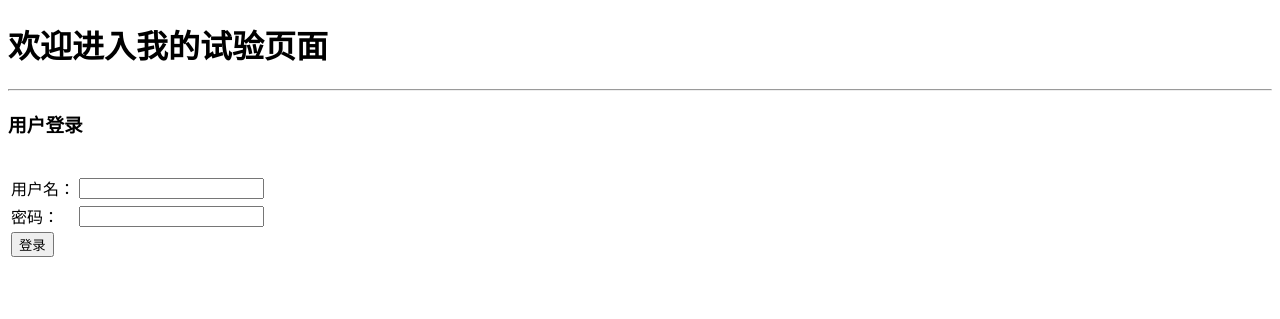
Repository: winxblast/myJavaLearn
Page: http://localhost/CookieDemo1/login.jsp
An editor plug-in stored every save of this project. The page is shown before and after the next save, followed by the edit.
The browser window is 1280 px wide. The pictures show the whole page.
The page is served by Tomcat 9.

Above is the page before, as saved 2017-05-30 12:57:07.

### JavaEE/CookieDemo1/WebContent/login.jsp
<%@ page language="java" contentType="text/html; charset=UTF-8"
    pageEncoding="UTF-8"%>
<!DOCTYPE html PUBLIC "-//W3C//DTD HTML 4.01 Transitional//EN" "http://www.w3.org/TR/html4/loose.dtd">
<html>
<head>
<meta http-equiv="Content-Type" content="text/html; charset=UTF-8">
<title>Insert title here</title>
</head>
<body>
	<h1>欢迎进入我的试验页面</h1>
	<hr>
	<h3>用户登录</h3><br>
	<form action="dologin.jsp" name="loginForm" method="post">
		<table>
			<tr>
				<td>用户名：</td>
				<td><input type="text" name="username"></td>
			</tr>
			<tr>
				<td>密码：</td>
				<td><input type="password" name="password"></td>
			</tr>
			<tr>
				<td colspan="2"><input type="submit" value="登录"></td>
			</tr>
		</table>
	</form>
</body>
</html>

After the next save:
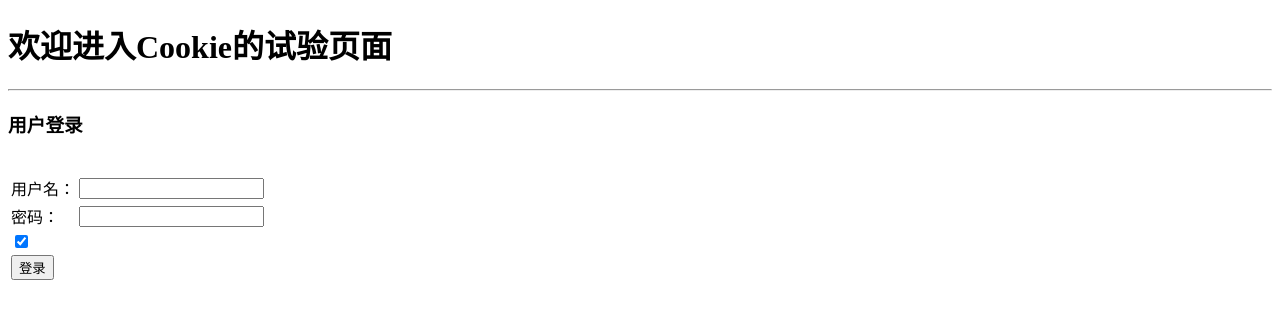
Saved 3 min 48 s later.
--- a/JavaEE/CookieDemo1/WebContent/login.jsp
+++ b/JavaEE/CookieDemo1/WebContent/login.jsp
@@ -7,7 +7,7 @@
 <title>Insert title here</title>
 </head>
 <body>
-	<h1>欢迎进入我的试验页面</h1>
+	<h1>欢迎进入Cookie的试验页面</h1>
 	<hr>
 	<h3>用户登录</h3><br>
 	<form action="dologin.jsp" name="loginForm" method="post">
@@ -21,6 +21,9 @@
 				<td><input type="password" name="password"></td>
 			</tr>
 			<tr>
+				<td colspan="2"><input type="checkbox" name="isUseCookie" checked="checked" value="登录"></td>
+			</tr>
+			<tr>
 				<td colspan="2"><input type="submit" value="登录"></td>
 			</tr>
 		</table>
